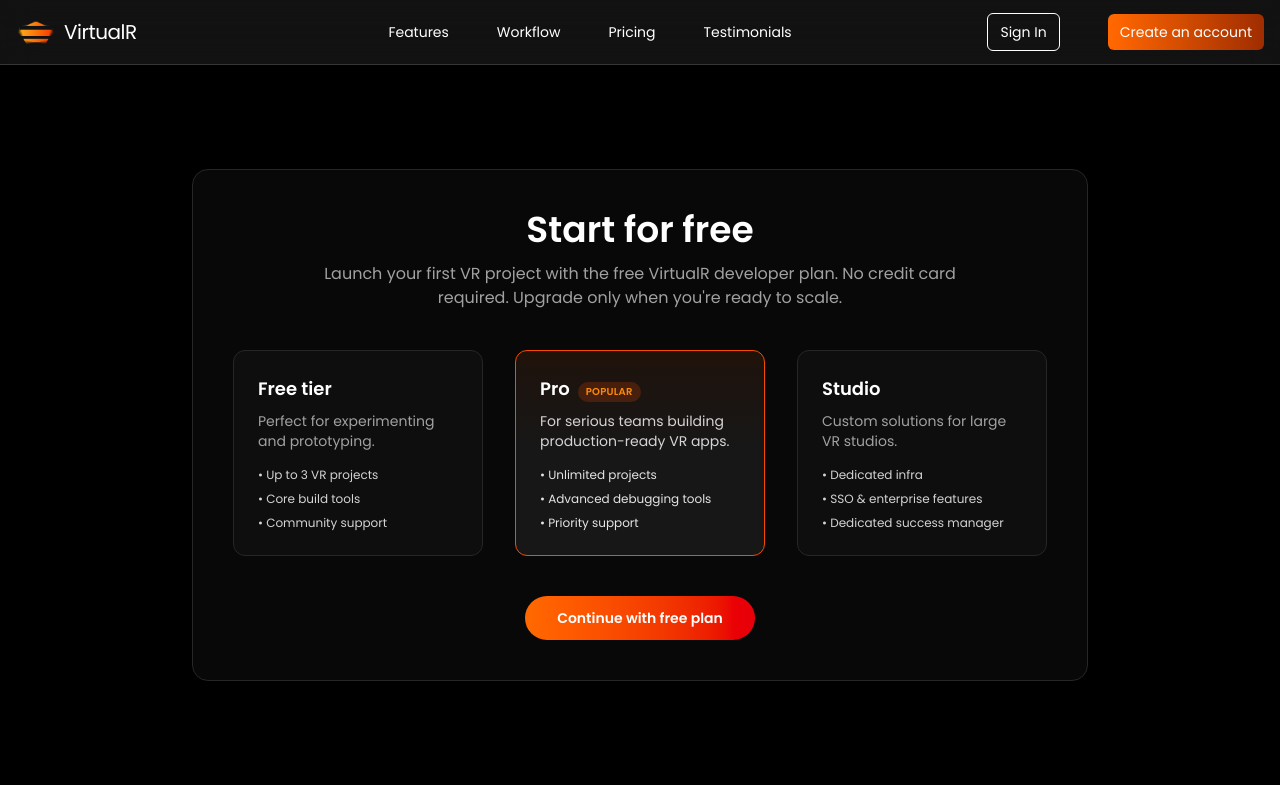
Repository: Khushichugh14/Virtualab
Page: /start-free
These files come from the project's save history. The page is drawn as it stood at one moment and after the next save; the edit follows.
The browser window is 1280 px wide. The pictures show the whole page.
The project was rebuilt for these pictures with package versions that can differ from the ones it lists, and the page was loaded fresh each time. Also part of the build but not shown: vite.config.js, src/pages/Documentation.jsx, src/pages/CreatAccount.jsx, src/pages/SignIn.jsx, src/components/HeroSection.jsx, src/components/FeatureSection.jsx, src/components/Workflow.jsx, src/components/Pricing.jsx and 3 more. Imported but missing from the stored project, and not drawn on this page: src/assets/video1.mp4, src/assets/video2.mp4.

Above is the page before, as saved 2025-12-10 11:00:05.

### index.html
<!doctype html>
<html lang="en">
  <head>
    <meta charset="UTF-8" />
    <link rel="icon" type="image/svg+xml" href="/vite.svg" />
    <meta name="viewport" content="width=device-width, initial-scale=1.0" />
    <title>virtular</title>
  </head>
  <body>
    <div id="root"></div>
    <script type="module" src="/src/main.jsx"></script>
  </body>
</html>

### src/main.jsx
import React from "react";
import ReactDOM from "react-dom/client";
import App from "./App";
import { BrowserRouter } from "react-router-dom";
import "./index.css";

ReactDOM.createRoot(document.getElementById("root")).render(
  <React.StrictMode>
    <BrowserRouter>
      <App />
    </BrowserRouter>
  </React.StrictMode>
);

### src/App.jsx
// App.jsx
import Navbar from "./components/Navbar";

import StartFree from "./pages/StartFree";
import Documentation from "./pages/Documentation";
import CreateAccount from "./pages/CreatAccount";
import SignIn from "./pages/SignIn";

import { Routes, Route } from "react-router-dom";
import HomePage from "./pages/HomePage";

const App = () => {
  return (
    <>
      <Navbar />

      <Routes>
        {/* Landing page */}
        <Route path="/" element={<HomePage />} />

        {/* Other pages */}
        <Route path="/start-free" element={<StartFree />} />
        <Route path="/documentation" element={<Documentation />} />
        <Route path="/create-account" element={<CreateAccount />} />
        <Route path="/signin" element={<SignIn />} />
      </Routes>
    </>
  );
};

export default App;

### src/index.css
@import url('https://fonts.googleapis.com/css2?family=Poppins:ital,wght@0,100;0,200;0,300;0,400;0,500;0,600;0,700;0,800;0,900;1,100;1,200;1,300;1,400;1,500;1,600;1,700;1,800;1,900&display=swap');

@import "tailwindcss";

:root {
  font-family: "Poppins", sans-serif;
  color-scheme: dark;
}

### src/components/Navbar.jsx
import { Menu, X } from "lucide-react";
import { useState } from "react";
import logo from "../assets/logo.png";
import { navItems } from "../constants";
import { Link, NavLink } from "react-router-dom";

const Navbar = () => {
  const [mobileDrawerOpen, setMobileDrawerOpen] = useState(false);

  const toggleNavbar = () => {
    setMobileDrawerOpen((prev) => !prev);
  };

  // Scroll to section WITHOUT changing URL
  const handleScroll = (id) => {
    if (!id) return;

    const el = document.getElementById(id);
    if (el) {
      el.scrollIntoView({ behavior: "smooth", block: "start" });
    }
  };

  return (
    <nav className="sticky top-0 z-50 py-3 backdrop-blur-lg border-b border-neutral-700/80">
      <div className="container px-4 mx-auto relative lg:text-sm">
        <div className="flex justify-between items-center">
          {/* Logo */}
          <div className="flex items-center flex-shrink-0">
            <img className="h-10 w-10 mr-2" src={logo} alt="Logo" />
            <Link to="/" className="text-xl tracking-tight">
              VirtualR
            </Link>
          </div>

          {/* Desktop nav items */}
          <ul className="hidden lg:flex ml-14 space-x-12">
            {navItems.map((item) => (
              <li key={item.id}>
                <button
                  onClick={() => handleScroll(item.id)}
                  className="hover:text-orange-400 transition-colors"
                >
                  {item.label}
                </button>
              </li>
            ))}
          </ul>

          {/* Desktop auth buttons */}
          <div className="hidden lg:flex justify-center space-x-12 items-center">
            <NavLink to="/signin" className="py-2 px-3 border rounded-md" id="signin">
              Sign In
            </NavLink>
            <NavLink
              to="/create-account"
              className="bg-gradient-to-r from-orange-500 to-orange-800 py-2 px-3 rounded-md"
            >
              Create an account
            </NavLink>
          </div>

          {/* Mobile menu button */}
          <div className="lg:hidden md:flex flex-col justify-end">
            <button onClick={toggleNavbar}>
              {mobileDrawerOpen ? <X /> : <Menu />}
            </button>
          </div>
        </div>

        {/* Mobile drawer */}
        {mobileDrawerOpen && (
          <div className="fixed right-0 z-20 bg-neutral-900 w-full p-12 flex flex-col justify-center items-center lg:hidden">
            <ul>
              {navItems.map((item) => (
                <li key={item.id} className="py-4">
                  <button
                    onClick={() => {
                      handleScroll(item.id);
                      toggleNavbar();
                    }}
                    className="hover:text-orange-400 transition-colors"
                  >
                    {item.label}
                  </button>
                </li>
              ))}
            </ul>

            <div className="flex space-x-6 mt-6">
              <NavLink to="/signin" className="py-2 px-3 border rounded-md">
                Sign In
              </NavLink>
              <NavLink
                to="/create-account"
                className="py-2 px-3 rounded-md bg-gradient-to-r from-orange-500 to-orange-800"
              >
                Create an account
              </NavLink>
            </div>
          </div>
        )}
      </div>
    </nav>
  );
};

export default Navbar;

### src/pages/StartFree.jsx
const StartFree = () => {
  return (
    <div className="min-h-screen bg-black flex items-center justify-center px-4">
      <div className="w-full max-w-4xl rounded-2xl border border-neutral-800 bg-neutral-950/80 p-8 sm:p-10 shadow-xl">
        <h2 className="text-3xl sm:text-4xl font-semibold text-center">
          Start for free
        </h2>
        <p className="mt-3 text-center text-neutral-400 max-w-2xl mx-auto text-sm sm:text-base">
          Launch your first VR project with the free VirtualR developer plan.
          No credit card required. Upgrade only when you&apos;re ready to scale.
        </p>

        <div className="mt-10 grid gap-8 sm:grid-cols-3">
          <div className="rounded-xl border border-neutral-800 bg-neutral-900/40 p-6">
            <h3 className="text-lg font-semibold mb-2">Free tier</h3>
            <p className="text-neutral-400 text-sm mb-4">
              Perfect for experimenting and prototyping.
            </p>
            <ul className="space-y-2 text-xs text-neutral-300">
              <li>• Up to 3 VR projects</li>
              <li>• Core build tools</li>
              <li>• Community support</li>
            </ul>
          </div>

          <div className="rounded-xl border border-orange-600 bg-gradient-to-b from-orange-500/10 via-neutral-900 to-neutral-900 p-6">
            <h3 className="text-lg font-semibold mb-2 flex items-baseline gap-1">
              Pro
              <span className="ml-1 rounded-full bg-orange-600/20 px-2 py-0.5 text-[10px] uppercase tracking-wide text-orange-400">
                Popular
              </span>
            </h3>
            <p className="text-neutral-300 text-sm mb-4">
              For serious teams building production-ready VR apps.
            </p>
            <ul className="space-y-2 text-xs text-neutral-200">
              <li>• Unlimited projects</li>
              <li>• Advanced debugging tools</li>
              <li>• Priority support</li>
            </ul>
          </div>

          <div className="rounded-xl border border-neutral-800 bg-neutral-900/40 p-6">
            <h3 className="text-lg font-semibold mb-2">Studio</h3>
            <p className="text-neutral-400 text-sm mb-4">
              Custom solutions for large VR studios.
            </p>
            <ul className="space-y-2 text-xs text-neutral-300">
              <li>• Dedicated infra</li>
              <li>• SSO & enterprise features</li>
              <li>• Dedicated success manager</li>
            </ul>
          </div>
        </div>

        <div className="mt-10 flex justify-center">
          <button className="rounded-full bg-gradient-to-r from-orange-500 to-red-600 px-8 py-3 text-sm font-semibold hover:scale-105 transition-transform">
            Continue with free plan
          </button>
        </div>
      </div>
    </div>
  );
};

export default StartFree;

### src/constants/index.jsx

import { BotMessageSquare } from "lucide-react";
import { BatteryCharging } from "lucide-react";
import { Fingerprint } from "lucide-react";
import { ShieldHalf } from "lucide-react";
import { PlugZap } from "lucide-react";
import { GlobeLock } from "lucide-react";

import user1 from "../assets/profile-pictures/user1.jpg";
import user2 from "../assets/profile-pictures/user2.jpg";
import user3 from "../assets/profile-pictures/user3.jpg";
import user4 from "../assets/profile-pictures/user4.jpg";
import user5 from "../assets/profile-pictures/user5.jpg";
import user6 from "../assets/profile-pictures/user6.jpg";

export const navItems = [
  { label: "Features", id: "featuresection" },
  { label: "Workflow", id: "workflow" },
  { label: "Pricing", id: "pricing" },
  { label: "Testimonials", id: "testimonials" },
];



export const testimonials = [
  {
    user: "John Doe",
    company: "Stellar Solutions",
    image: user1,
    text: "I am extremely satisfied with the services provided. The team was responsive, professional, and delivered results beyond my expectations.",
  },
  {
    user: "Jane Smith",
    company: "Blue Horizon Technologies",
    image: user2,
    text: "I couldn't be happier with the outcome of our project. The team's creativity and problem-solving skills were instrumental in bringing our vision to life",
  },
  {
    user: "David Johnson",
    company: "Quantum Innovations",
    image: user3,
    text: "Working with this company was a pleasure. Their attention to detail and commitment to excellence are commendable. I would highly recommend them to anyone looking for top-notch service.",
  },
  {
    user: "Ronee Brown",
    company: "Fusion Dynamics",
    image: user4,
    text: "Working with the team at XYZ Company was a game-changer for our project. Their attention to detail and innovative solutions helped us achieve our goals faster than we thought possible. We are grateful for their expertise and professionalism!",
  },
  {
    user: "Michael Wilson",
    company: "Visionary Creations",
    image: user5,
    text: "I am amazed by the level of professionalism and dedication shown by the team. They were able to exceed our expectations and deliver outstanding results.",
  },
  {
    user: "Emily Davis",
    company: "Synergy Systems",
    image: user6,
    text: "The team went above and beyond to ensure our project was a success. Their expertise and dedication are unmatched. I look forward to working with them again in the future.",
  },
];

export const features = [
  {
    icon: <BotMessageSquare />,
    text: "Drag-and-Drop Interface",
    description:
      "Easily design and arrange your VR environments with a user-friendly drag-and-drop interface.",
  },
  {
    icon: <Fingerprint />,
    text: "Multi-Platform Compatibility",
    description:
      "Build VR applications that run seamlessly across multiple platforms, including mobile, desktop, and VR headsets.",
  },
  {
    icon: <ShieldHalf />,
    text: "Built-in Templates",
    description:
      "Jumpstart your VR projects with a variety of built-in templates for different types of applications and environments.",
  },
  {
    icon: <BatteryCharging />,
    text: "Real-Time Preview",
    description:
      "Preview your VR application in real-time as you make changes, allowing for quick iterations and adjustments.",
  },
  {
    icon: <PlugZap />,
    text: "Collaboration Tools",
    description:
      "Work together with your team in real-time on VR projects, enabling seamless collaboration and idea sharing.",
  },
  {
    icon: <GlobeLock />,
    text: "Analytics Dashboard",
    description:
      "Gain valuable insights into user interactions and behavior within your VR applications with an integrated analytics dashboard.",
  },
];

export const checklistItems = [
  {
    title: "Code merge made easy",
    description:
      "Track the performance of your VR apps and gain insights into user behavior.",
  },
  {
    title: "Review code without worry",
    description:
      "Track the performance of your VR apps and gain insights into user behavior.",
  },
  {
    title: "AI Assistance to reduce time",
    description:
      "Track the performance of your VR apps and gain insights into user behavior.",
  },
  {
    title: "Share work in minutes",
    description:
      "Track the performance of your VR apps and gain insights into user behavior.",
  },
];

export const pricingOptions = [
  {
    title: "Free",
    price: "$0",
    features: [
      "Private board sharing",
      "5 Gb Storage",
      "Web Analytics",
      "Private Mode",
    ],
  },
  {
    title: "Pro",
    price: "$10",
    features: [
      "Private board sharing",
      "10 Gb Storage",
      "Web Analytics (Advance)",
      "Private Mode",
    ],
  },
  {
    title: "Enterprise",
    price: "$200",
    features: [
      "Private board sharing",
      "Unlimited Storage",
      "High Performance Network",
      "Private Mode",
    ],
  },
];

export const resourcesLinks = [
  { href: "#", text: "Getting Started" },
  { href: "#", text: "Documentation" },
  { href: "#", text: "Tutorials" },
  { href: "#", text: "API Reference" },
  { href: "#", text: "Community Forums" },
];

export const platformLinks = [
  { href: "#", text: "Features" },
  { href: "#", text: "Supported Devices" },
  { href: "#", text: "System Requirements" },
  { href: "#", text: "Downloads" },
  { href: "#", text: "Release Notes" },
];

export const communityLinks = [
  { href: "#", text: "Events" },
  { href: "#", text: "Meetups" },
  { href: "#", text: "Conferences" },
  { href: "#", text: "Hackathons" },
  { href: "#", text: "Jobs" },
];

After the next save:
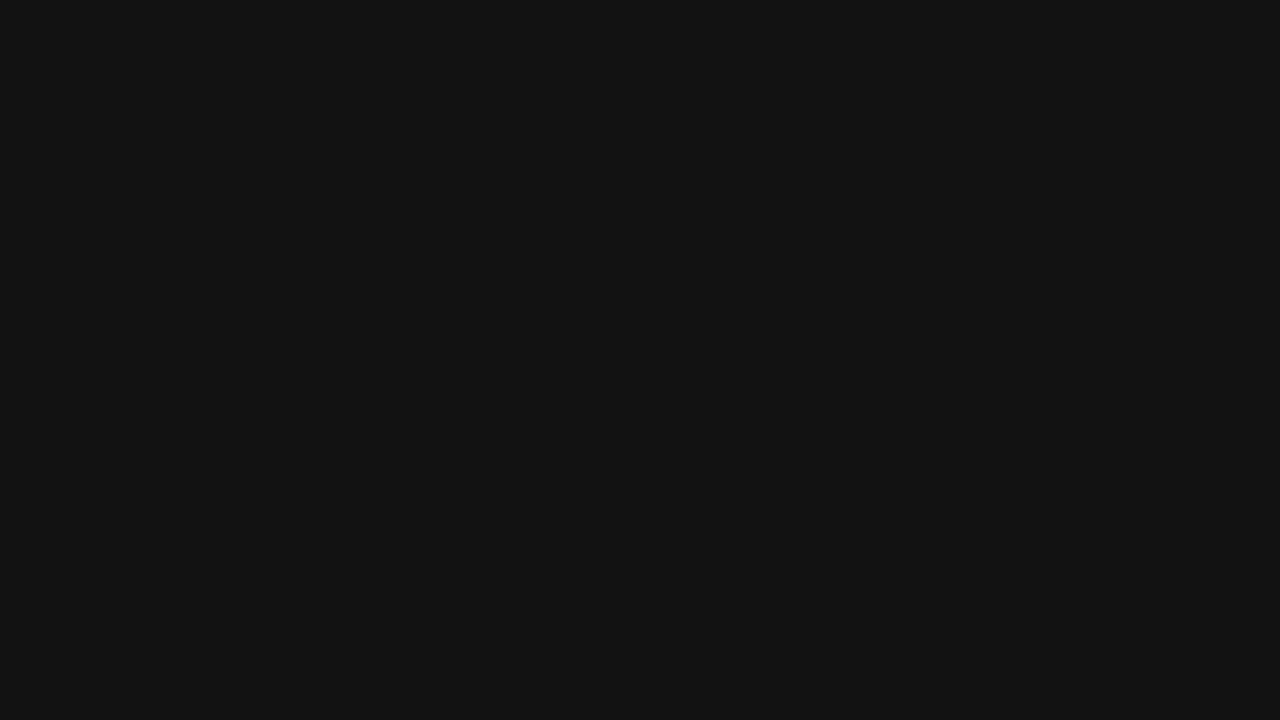
Console error: ReferenceError: Toaster is not defined
Saved 59 s later.
--- a/src/main.jsx
+++ b/src/main.jsx
@@ -8,6 +8,7 @@ ReactDOM.createRoot(document.getElementById("root")).render(
   <React.StrictMode>
     <BrowserRouter>
       <App />
+       <Toaster position="top-right" />
     </BrowserRouter>
   </React.StrictMode>
 );

After the save that followed:
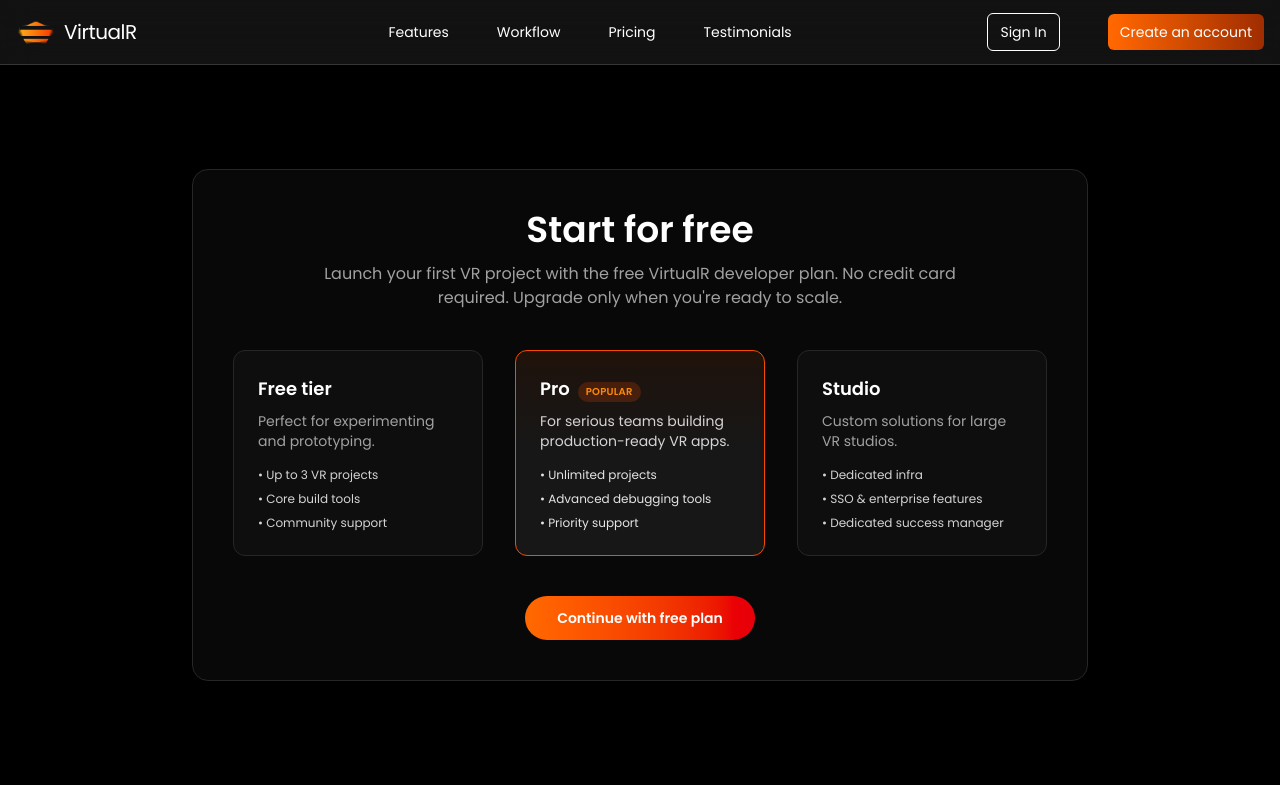
The error is gone.
Saved 4 s later.
--- a/src/main.jsx
+++ b/src/main.jsx
@@ -3,6 +3,7 @@ import ReactDOM from "react-dom/client";
 import App from "./App";
 import { BrowserRouter } from "react-router-dom";
 import "./index.css";
+import { Toaster } from "react-hot-toast";
 
 ReactDOM.createRoot(document.getElementById("root")).render(
   <React.StrictMode>
